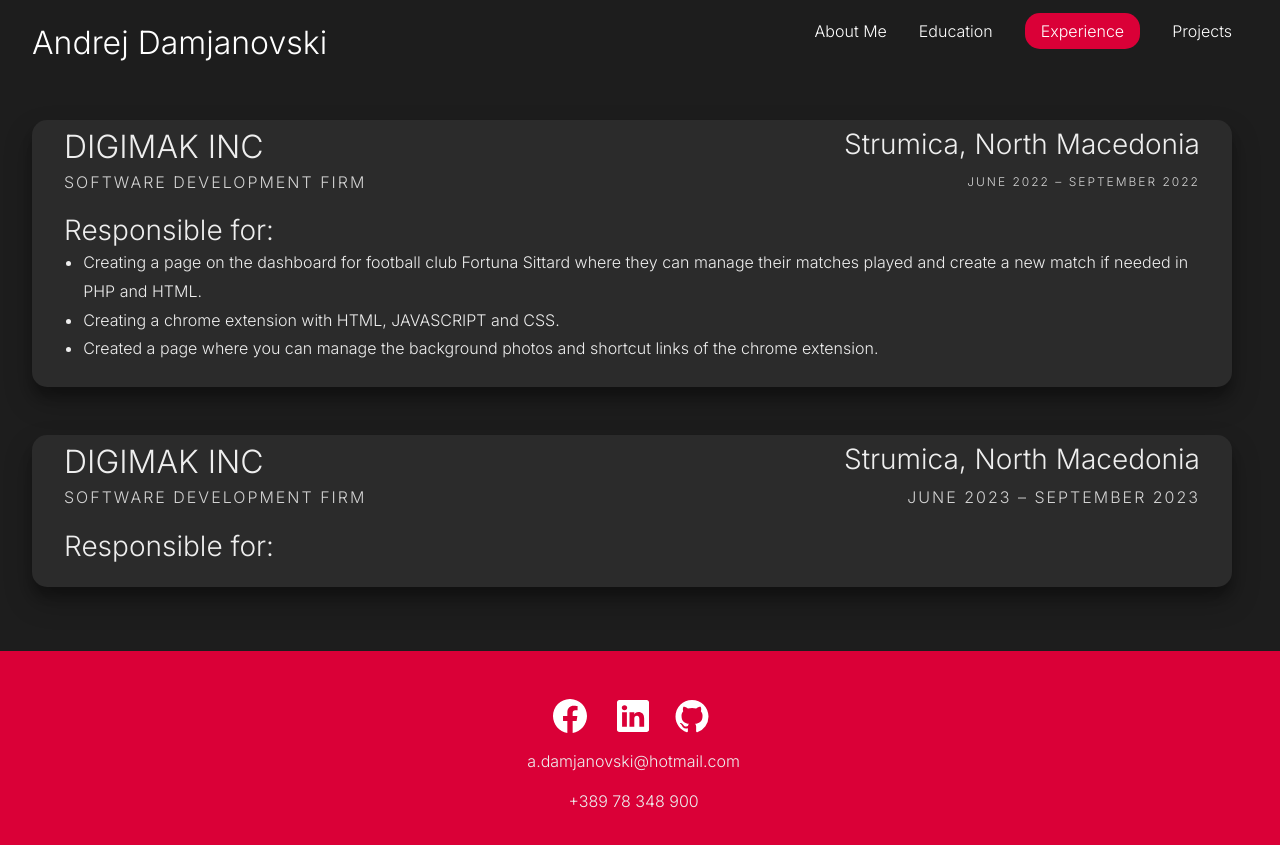
Repository: ADamjanovski/portfolio
Page: experience.html
These files come from the project's save history. The page is drawn as it stood at one moment and after the next save; the edit follows.
The browser window is 1280 px wide. The pictures show the whole page.

Above is the page before, as saved 2023-07-03 11:54:10.

### experience.html
<!DOCTYPE html>
<html lang="en">
<head>
    <meta charset="UTF-8">
    <meta name="viewport" content="width=device-width, initial-scale=1.0">
    <title>Experience</title>
    <link rel="preconnect" href="https://fonts.googleapis.com">
    <link rel="preconnect" href="https://fonts.gstatic.com" crossorigin>
    <link href="https://fonts.googleapis.com/css2?family=Inter:wght@300&display=swap" rel="stylesheet">
    <link href="https://cdn.jsdelivr.net/npm/bootstrap@5.3.0/dist/css/bootstrap.min.css" rel="stylesheet" integrity="sha384-9ndCyUaIbzAi2FUVXJi0CjmCapSmO7SnpJef0486qhLnuZ2cdeRhO02iuK6FUUVM" crossorigin="anonymous">
    <link rel="stylesheet" href="style.css">
</head>
<body>
    <div class="navbar">
        <h2><a href="index.html">Andrej Damjanovski</a></h2>
        <div >
            <ul class="navbar-links">
                <li ><a href="aboutme.html" >About Me</a></li>
                <li><a href="education.html">Education</a></li>
                <li><a href="experience.html" class="active">Experience</a></li>
                <li><a href="projects.html">Projects</a></li>
            </ul>
        </div>
        <button class="navbar-toggler icon" type="button" data-bs-toggle="offcanvas" data-bs-target="#offcanvasDarkNavbar" aria-controls="offcanvasDarkNavbar" aria-label="Toggle navigation">
            <span class=""><svg fill="#FFFFFF" xmlns="http://www.w3.org/2000/svg"  viewBox="0 0 50 50" width="30px" height="30px" ><path d="M 0 9 L 0 11 L 50 11 L 50 9 Z M 0 24 L 0 26 L 50 26 L 50 24 Z M 0 39 L 0 41 L 50 41 L 50 39 Z"/></svg></span>
          </button>
    </div>
    <div class="offcanvas offcanvas-end text-bg-dark" tabindex="-1" id="offcanvasDarkNavbar" aria-labelledby="offcanvasDarkNavbarLabel">
        <div class="offcanvas-header color flex-end">
            <button type="button" class="btn-close btn-close-white" data-bs-dismiss="offcanvas" aria-label="Close"></button>
        </div>
        <div class="offcanvas-body color">
            <ul class="navbar-nav justify-content-end flex-grow-1 pe-3">
                <li class="nav-item">
                  <a class=" margin nav-link " aria-current="page" href="aboutme.html">About Me</a>
                </li>
                <li class="margin nav-item">
                  <a class="nav-link " href="education.html">Education</a>
                </li>
                <li class=" nav-item">
                    <a class="nav-link active" href="experience.html">Experience</a>
                </li>
                <li class="margin nav-item">
                <a class="nav-link" href="projects.html">Projects</a>
                </li>
            </ul>
        </div>
    </div>
    <div class="job-description">
        <div class="Company-details">
            <h2>DIGIMAK INC</h2>
            <h3>Strumica, North Macedonia</h3>
        </div>
        <div class="role">
            <h6 class="my-role">Software Development Firm</h6>
            <p>June 2022 – September 2022</p>
        </div>
        <div class="responsible">
            <h3>Responsible for:</h3>
            <ul>
                <li>Creating a page on the dashboard for football club Fortuna Sittard where they can manage their matches played and create a new match if needed in PHP and HTML.</li>
                <li>Creating a chrome extension with HTML, JAVASCRIPT and CSS.</li>
                <li>Created a page where you can manage the background photos and shortcut links of the chrome extension.</li>
            </ul>

        </div>
    </div>
    <div class="job-description">
        <div class="Company-details">
            <h2>DIGIMAK INC</h2>
            <h3>Strumica, North Macedonia</h3>
        </div>
        <div class="role">
            <h6>Software Development Firm</h6>
            <h6>June 2023 – September 2023</h6>
        </div>
        <div class="responsible">
            <h3>Responsible for:</h3>
        </div>
    </div>
    <footer>
        <a href="https://www.facebook.com/andrej.damjanovska"><svg xmlns="http://www.w3.org/2000/svg" width="50" height="34" fill="currentColor" class="bi bi-facebook" viewBox="0 0 16 16">
            <path d="M16 8.049c0-4.446-3.582-8.05-8-8.05C3.58 0-.002 3.603-.002 8.05c0 4.017 2.926 7.347 6.75 7.951v-5.625h-2.03V8.05H6.75V6.275c0-2.017 1.195-3.131 3.022-3.131.876 0 1.791.157 1.791.157v1.98h-1.009c-.993 0-1.303.621-1.303 1.258v1.51h2.218l-.354 2.326H9.25V16c3.824-.604 6.75-3.934 6.75-7.951z"/>
          </svg></a>
        <a  href="https://www.linkedin.com/in/andrej-damjanovski"><svg xmlns="http://www.w3.org/2000/svg" width="50" height="32" fill="currentColor" class="bi bi-linkedin linkedin" viewBox="0 0 16 16">
            <path d="M0 1.146C0 .513.526 0 1.175 0h13.65C15.474 0 16 .513 16 1.146v13.708c0 .633-.526 1.146-1.175 1.146H1.175C.526 16 0 15.487 0 14.854V1.146zm4.943 12.248V6.169H2.542v7.225h2.401zm-1.2-8.212c.837 0 1.358-.554 1.358-1.248-.015-.709-.52-1.248-1.342-1.248-.822 0-1.359.54-1.359 1.248 0 .694.521 1.248 1.327 1.248h.016zm4.908 8.212V9.359c0-.216.016-.432.08-.586.173-.431.568-.878 1.232-.878.869 0 1.216.662 1.216 1.634v3.865h2.401V9.25c0-2.22-1.184-3.252-2.764-3.252-1.274 0-1.845.7-2.165 1.193v.025h-.016a5.54 5.54 0 0 1 .016-.025V6.169h-2.4c.03.678 0 7.225 0 7.225h2.4z"/>
          </svg></a>
        <a href="https://github.com/ADamjanovski"><svg xmlns="http://www.w3.org/2000/svg" width="60" height="33" fill="currentColor" class="bi bi-github" viewBox="0 0 16 16">
            <path d="M8 0C3.58 0 0 3.58 0 8c0 3.54 2.29 6.53 5.47 7.59.4.07.55-.17.55-.38 0-.19-.01-.82-.01-1.49-2.01.37-2.53-.49-2.69-.94-.09-.23-.48-.94-.82-1.13-.28-.15-.68-.52-.01-.53.63-.01 1.08.58 1.23.82.72 1.21 1.87.87 2.33.66.07-.52.28-.87.51-1.07-1.78-.2-3.64-.89-3.64-3.95 0-.87.31-1.59.82-2.15-.08-.2-.36-1.02.08-2.12 0 0 .67-.21 2.2.82.64-.18 1.32-.27 2-.27.68 0 1.36.09 2 .27 1.53-1.04 2.2-.82 2.2-.82.44 1.1.16 1.92.08 2.12.51.56.82 1.27.82 2.15 0 3.07-1.87 3.75-3.65 3.95.29.25.54.73.54 1.48 0 1.07-.01 1.93-.01 2.2 0 .21.15.46.55.38A8.012 8.012 0 0 0 16 8c0-4.42-3.58-8-8-8z"/>
          </svg></a>
        <p class="email">a.damjanovski@hotmail.com</p>
        <p>+389 78 348 900</p>
    </footer>
    <script src="https://cdn.jsdelivr.net/npm/bootstrap@5.3.0/dist/js/bootstrap.bundle.min.js" integrity="sha384-geWF76RCwLtnZ8qwWowPQNguL3RmwHVBC9FhGdlKrxdiJJigb/j/68SIy3Te4Bkz" crossorigin="anonymous"></script>

</body>
</html>

### style.css
body{
    background-color: #1D1D1D;
    color:rgb(238, 238, 238);
    height: 70vh;
    overflow-x:hidden;
}
*{
    font-family: 'Outfit','Inter', sans-serif;
}
a{
    text-decoration: none;
    color:white;
}
.home-body{
    background-color: #2b2b2b;
    display: flex;
    justify-content: space-around;
    height: inherit;
    align-items: center;
    margin:0rem 3rem 0rem 3rem;
    border-radius: 15px;
    box-shadow: rgba(0, 0, 0, 0.25) 0px 14px 28px, rgba(0, 0, 0, 0.22) 0px 10px 10px;;
}
#programmer-img{
    width: 500px;
}

#home-name{
    margin-top: 7rem;
    text-align: center;

}
.navbar{
    display: flex;
    height: 10vh;
    justify-content: space-between;
}
.navbar h2{
    margin-left: 2rem;
    margin-top:1rem;
}
.navbar-links{

    margin-right: 3rem;
    display: flex;
    gap: 2rem;
    list-style-type: none;
    font-size: 1rem;
    justify-content: space-around;
}
#personalimg{

    border-radius: 50%;
}
.aboutme-body{
    margin: 3rem;
    display: flex;
    justify-content:space-around;

}
.text{
    padding: 3rem 5rem 5rem 0rem;
    background-color: #2b2b2b;
    margin-right: 7rem;
    border-radius: 15px;
    font-size: 1rem;
    line-height: 2;
    text-align: justify;
    box-shadow: rgba(0, 0, 0, 0.25) 0px 14px 28px, rgba(0, 0, 0, 0.22) 0px 10px 10px;;
}
.aboutme-body p{
    margin-left: 3rem;
}
footer{
    margin-top:4rem;
    background-color: #DA0037;
    width: 99vw;
    padding-top: 3rem;
    padding-bottom: 1rem;
    text-align: center;
    box-shadow: 0 50vh 0 50vh #DA0037;
    align-content: center;
}
.linkedin{
    margin-left:.5rem;
}
.active{
    border-radius: 15px;
    padding: .5rem;
    padding-inline: 1rem;
    background-color: #DA0037;
}

.education-body{
    background-color: #2b2b2b;
    margin: 1rem 3rem 1rem 2rem;
    padding: 1rem 0rem 3rem 3rem;
    border-radius: 15px;
    line-height: 2;
    box-shadow: rgba(0, 0, 0, 0.25) 0px 14px 28px, rgba(0, 0, 0, 0.22) 0px 10px 10px;;
}
.Company-details{
    display: flex;
    justify-content: space-between;

}

.job-description{
    margin:3rem 3rem 3rem 2rem;
    background-color: #2b2b2b;
    padding:.5rem 2rem 1.5rem 2rem;
    border-radius: 15px;
    box-shadow: rgba(0, 0, 0, 0.25) 0px 14px 28px, rgba(0, 0, 0, 0.22) 0px 10px 10px;;
}

.role{
    display: flex;
    justify-content: space-between;
    text-transform: uppercase;
    margin-bottom: 0px;
    padding-bottom: 0px;
}
.Company-details *{
    padding:0px;
    margin:0px;
}

.job-description *{
    padding:0px;
    margin:0px;
}
.role *{
    color :lightgrey;
    letter-spacing: 2px;

    padding:0rem;
    margin:.4rem 0 0.4rem 0;
}

.role > p {
    font-size:0.75rem;
}

.responsible{
    line-height: 1.8rem;
    margin-top: 1rem;
}

.project{
    display: flex;
    align-items: center;
    justify-content: space-between;
    margin:3rem 3rem 3rem 2rem;
    background-color: #2b2b2b;
    padding:.5rem 2rem 1.5rem 2rem;
    border-radius: 15px;
    box-shadow: rgba(0, 0, 0, 0.25) 0px 14px 28px, rgba(0, 0, 0, 0.22) 0px 10px 10px;;
}
.project-details{
    display: flex;
    justify-content: space-between;
}

.project-logo{
    margin-right: 4rem;
}
.icon{

    display: none;
    border-color: rgb(238, 238, 238);
}
@media screen and (max-width: 850px) {

    .navbar-links{
        display: none;
    }

    .icon{
        display: flex;
        margin-right: 3rem;
    }
    .active{
        display: inline-block;
        margin-top:.4rem;

    }
    .margin{
        margin-left: 1rem;
    }

}
@media screen and (max-width:1030px) {
    .aboutme-body{
        width: 100%;
        flex-direction: column-reverse;
        align-items: center;
        gap:3rem;
    }
    #personalimg{
        align-self:center;
        margin-right: 5rem;
    }
    .project-logo{
        margin-right: 2rem;
        margin-left: 1rem;
    }

}
.color{
    background-color: #2b2b2b;
}
.email{
    margin-top:1rem;
}
.responsible ul{
    margin-left: 1.2rem;
}
.flex-end{
    display: flex;
    justify-content: flex-end;
    padding-right: 1.5rem;
}

After the next save:
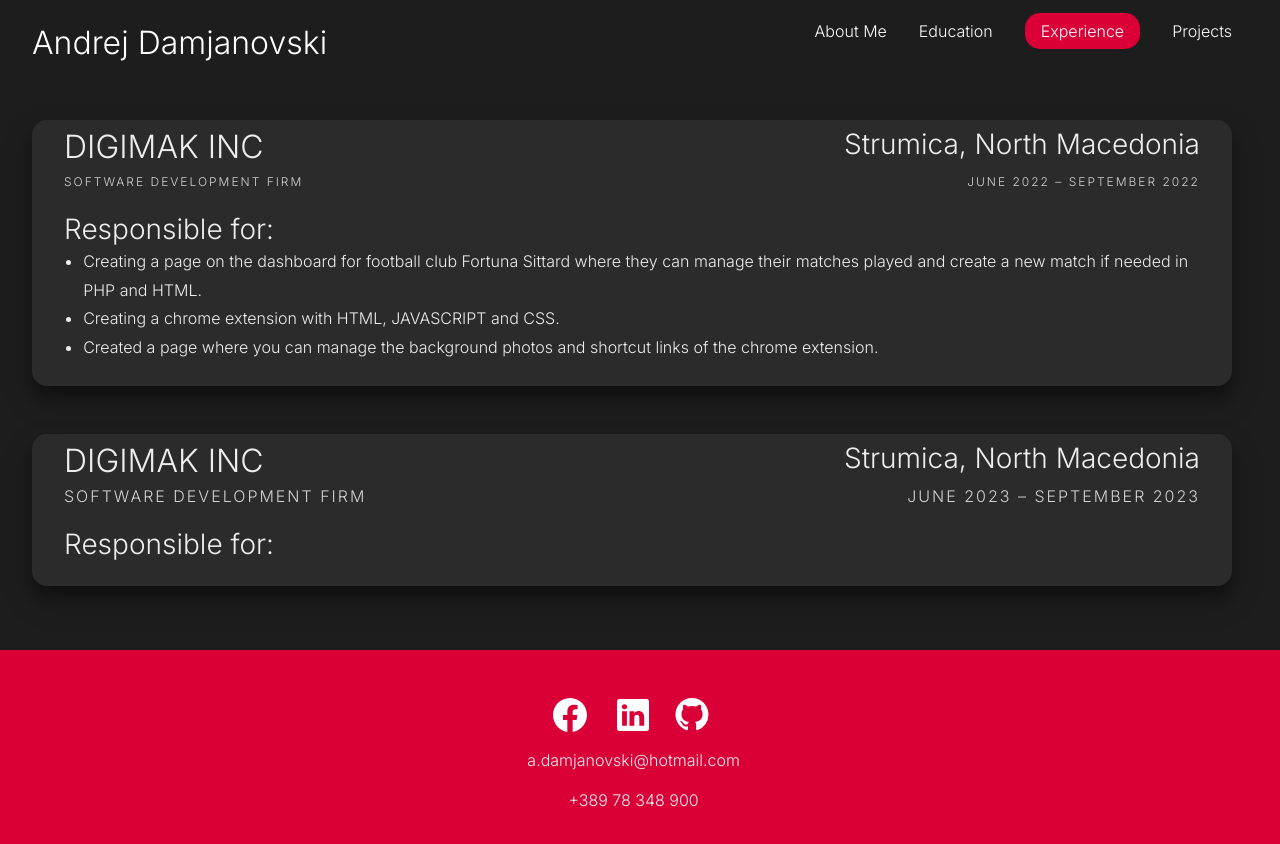
Saved 16 s later.
--- a/experience.html
+++ b/experience.html
@@ -52,7 +52,7 @@
             <h3>Strumica, North Macedonia</h3>
         </div>
         <div class="role">
-            <h6 class="my-role">Software Development Firm</h6>
+            <p class="my-role">Software Development Firm</p>
             <p>June 2022 – September 2022</p>
         </div>
         <div class="responsible">
